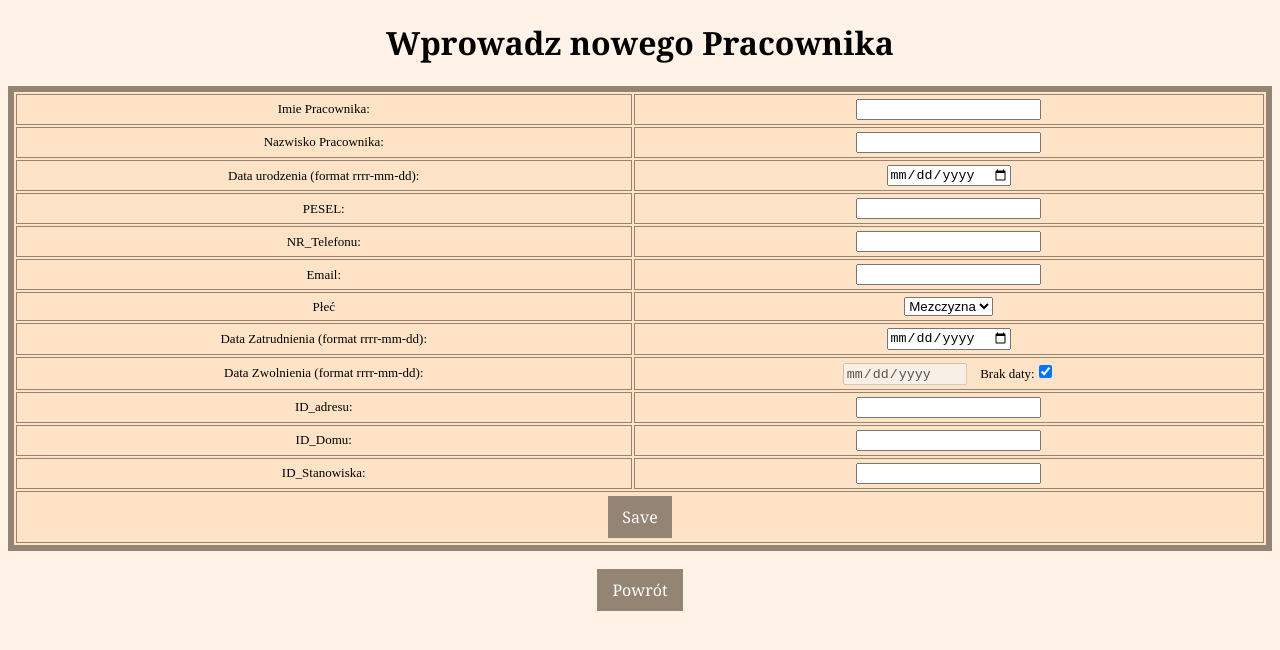
Repository: marcinRuta/houseOfCulture-crud-webapp-database
Page: http://localhost/new_pracownicy
These files come from the project's save history. The page is drawn as it stood at one moment and after the next save; the edit follows.
The browser window is 1280 px wide. The pictures show the whole page.
The page is this project's Thymeleaf template; nobody is signed in. The template is opened directly, without the code that normally fills it, so the values that code supplies are empty.

Above is the page before, as saved 2021-01-10 00:42:40.

After the next save:
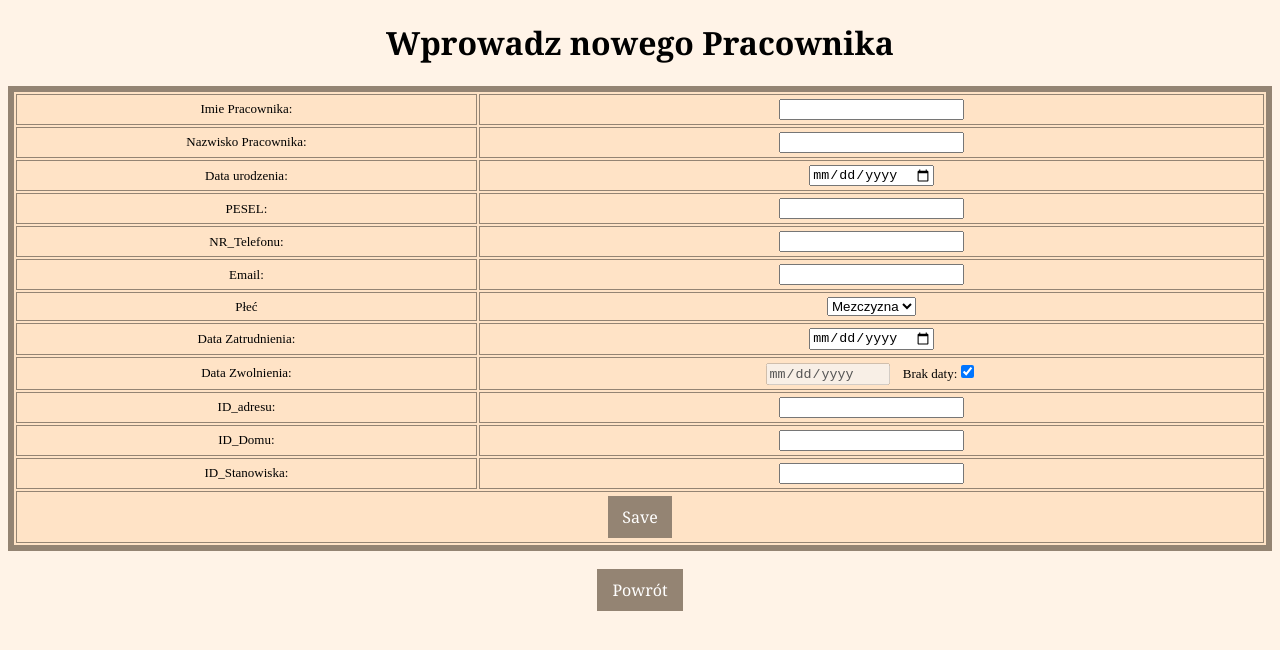
Saved 13 s later.
--- a/DomKultury/src/main/resources/templates/new_pracownicy.html
+++ b/DomKultury/src/main/resources/templates/new_pracownicy.html
@@ -51,7 +51,7 @@
 				<!-- Table 3rd row -->
 
 				<tr>
-					<td>Data urodzenia (format rrrr-mm-dd):</td>
+					<td>Data urodzenia:</td>
 					<td><input type="date" th:field="*{Data_urodzenia}"></td>
 				</tr>
 
@@ -90,14 +90,14 @@
 				<!-- Table 8th row -->
 
 				<tr>
-					<td>Data Zatrudnienia (format rrrr-mm-dd):</td>
+					<td>Data Zatrudnienia:</td>
 					<td><input type="date" th:field="*{Data_Zatrudnienia}"></td>
 				</tr>
 
 				<!-- Table 9th row -->
 
 				<tr>
-					<td>Data Zwolnienia (format rrrr-mm-dd):</td>
+					<td>Data Zwolnienia:</td>
 					<td><input id="Data" disabled="disabled" type="date" th:field="*{Data_Zwolnienia}">
 					&nbsp;&nbsp; Brak daty:<input type="checkbox" id="ch" onclick="Enabledch(this)" checked/></td>
 				</tr>
